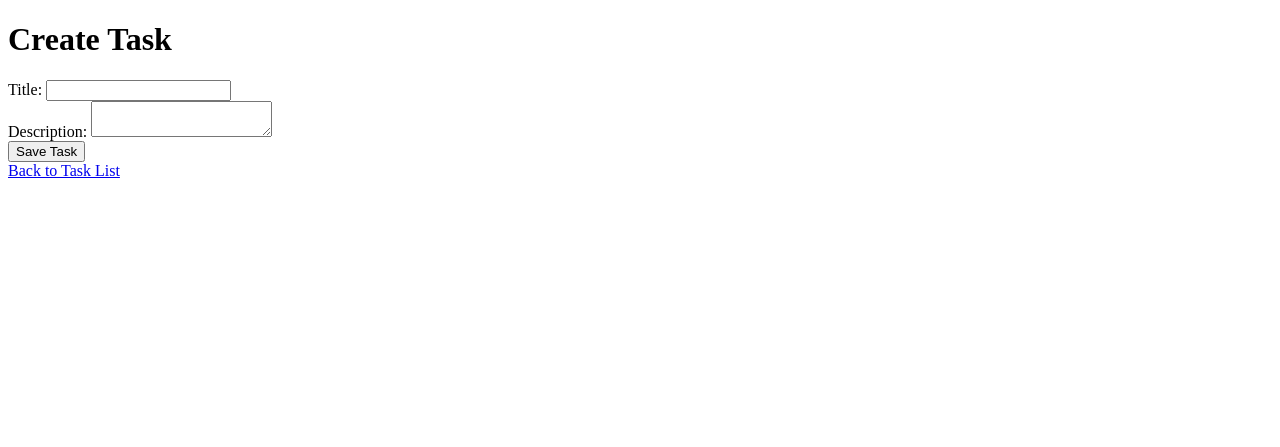
Repository: Abdulahi338/Crude-operation-using-MVC
Page: http://localhost/tasks/create
The author's editor kept a copy of each file at every save. The page is drawn from the files as they stood at one save, then again after the next save.
The browser window is 1280 px wide. The pictures show the whole page.
The page is served by the project's Laravel application, run on PHP 8.4 with Laravel 12. Other server files are loaded and not shown.

Above is the page before, as saved 2024-09-12 15:25:04.

### routes/web.php
<?php
use App\Http\Controllers\TaskController;

// Define routes
Route::resource('tasks', TaskController::class);
Route::post('/tasks/{task}/restore', [TaskController::class, 'restore'])->name('tasks.restore');
Route::get('/tasks.trashed', [TaskController::class, 'trashed'])->name('tasks.trashed');
Route::post('/tasks/restore-all', [TaskController::class, 'restoreAll'])->name('tasks.restore.all');

### app/Http/Controllers/TaskController.php
<?php

namespace App\Http\Controllers;

use App\Models\Task;
use Illuminate\Http\Request;

class TaskController extends Controller
{
    // Display a listing of the tasks.
    public function index()
    {
        // Fetch only non-deleted tasks
        $tasks = Task::whereNull('deleted_at')->get();
        return view('tasks.index', compact('tasks'));
    }

    // Show the form for creating a new task.
    public function create()
    {
        return view('tasks.create');
    }

    // Store a newly created task in storage.
    public function store(Request $request)
    {
        $request->validate([
            'title' => 'required|max:255',
            'description' => 'nullable',
        ]);

        Task::create($request->all());
        return redirect()->route('tasks.index')->with('success', 'Task created successfully.');
    }

    // Display the specified task.
    public function show(Task $task)
    {
        return view('tasks.show', compact('task'));
    }

    // Show the form for editing the specified task.
    public function edit(Task $task)
    {
        return view('tasks.edit', compact('task'));
    }

    // Update the specified task in storage.
    public function update(Request $request, Task $task)
    {
        $request->validate([
            'title' => 'required|max:255',
            'description' => 'nullable',
        ]);

        $task->update($request->all());
        return redirect()->route('tasks.index')->with('success', 'Task updated successfully.');
    }

    // Remove the specified task from storage.
    public function destroy(Task $task)
    {
        $task->delete(); // Soft delete
        return redirect()->route('tasks.index')->with('success', 'Task deleted successfully.');
    }

    // Restore a soft-deleted task.
    public function restore($id)
    {
        $task = Task::onlyTrashed()->findOrFail($id);

        if ($task) {
            $task->restore();
            return redirect()->route('tasks.index')->with('success', 'Task restored successfully.');
        }

        return redirect()->route('tasks.index')->with('error', 'Task not found.');
    }


    public function trashed()
    {
        $tasks = Task::onlyTrashed()->get();
        return view('tasks.trashed', compact('tasks'));
    }
    public function restoreAll()
    {
        Task::onlyTrashed()->restore();
        return redirect()->route('tasks.trashed')->with('success', 'All trashed tasks have been restored.');
    }
}

### resources/views/tasks/create.blade.php
<!DOCTYPE html>
<html>
<head>
    <title>Create Task</title>
    {{-- <link href="https://stackpath.bootstrapcdn.com/bootstrap/5.3.0/css/bootstrap.min.css" rel="stylesheet"> --}}
</head>
<body>
    <div class="container mt-5">
        <h1 class="mb-4">Create Task</h1>
        <form action="{{ route('tasks.store') }}" method="POST">
            @csrf
            <div class="mb-3">
                <label for="title" class="form-label">Title:</label>
                <input type="text" class="form-control" name="title" id="title" required>
            </div>
            <div class="mb-3">
                <label for="description" class="form-label">Description:</label>
                <textarea class="form-control" name="description" id="description"></textarea>
            </div>
            <button type="submit" class="btn btn-primary">Save Task</button>
        </form>
        <a href="{{ route('tasks.index') }}" class="btn btn-secondary mt-3">Back to Task List</a>
    </div>
    {{-- <script src="https://cdn.jsdelivr.net/npm/@popperjs/core@2.11.6/dist/umd/popper.min.js"></script>
    <script src="https://stackpath.bootstrapcdn.com/bootstrap/5.3.0/js/bootstrap.min.js"></script> --}}
</body>
</html>

Loaded but not shown: app/Http/Controllers/Controller.php (common file)

After the next save:
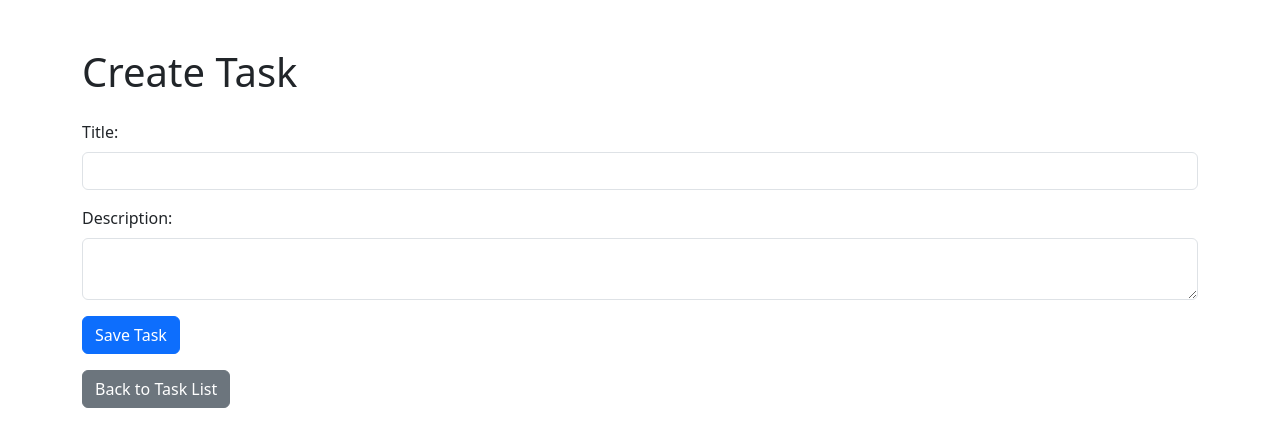
Saved 8 s later.
--- a/resources/views/tasks/create.blade.php
+++ b/resources/views/tasks/create.blade.php
@@ -2,7 +2,7 @@
 <html>
 <head>
     <title>Create Task</title>
-    {{-- <link href="https://stackpath.bootstrapcdn.com/bootstrap/5.3.0/css/bootstrap.min.css" rel="stylesheet"> --}}
+    <link href="https://stackpath.bootstrapcdn.com/bootstrap/5.3.0/css/bootstrap.min.css" rel="stylesheet">
 </head>
 <body>
     <div class="container mt-5">
@@ -21,7 +21,7 @@
         </form>
         <a href="{{ route('tasks.index') }}" class="btn btn-secondary mt-3">Back to Task List</a>
     </div>
-    {{-- <script src="https://cdn.jsdelivr.net/npm/@popperjs/core@2.11.6/dist/umd/popper.min.js"></script>
-    <script src="https://stackpath.bootstrapcdn.com/bootstrap/5.3.0/js/bootstrap.min.js"></script> --}}
+    <script src="https://cdn.jsdelivr.net/npm/@popperjs/core@2.11.6/dist/umd/popper.min.js"></script>
+    <script src="https://stackpath.bootstrapcdn.com/bootstrap/5.3.0/js/bootstrap.min.js"></script>
 </body>
 </html>
